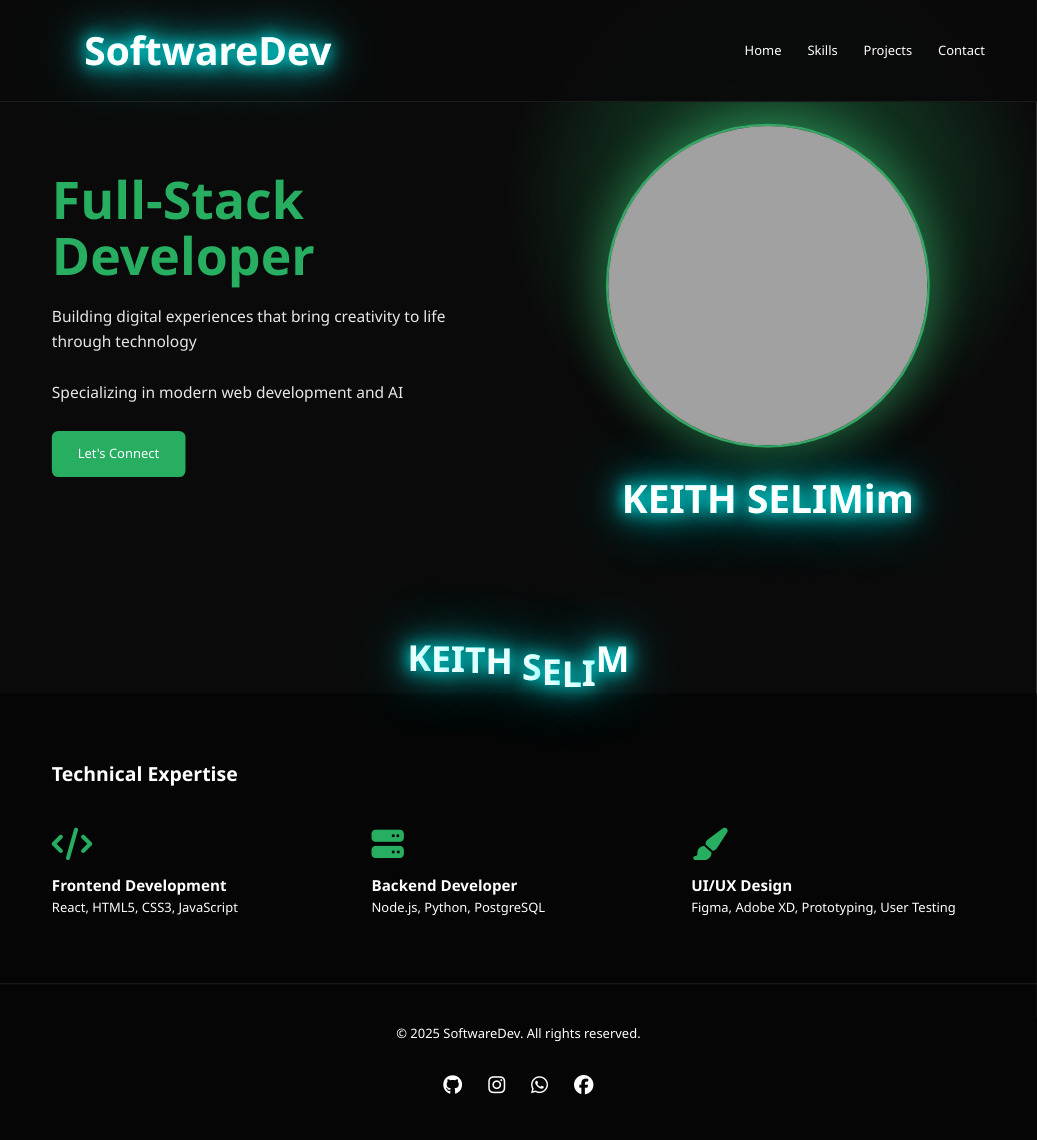
Repository: PEEZYBEE/my-react-portfolio
Page: /
These files come from the project's save history. The page is drawn as it stood at one moment and after the next save; the edit follows.
The browser window is 1280 px wide. The pictures show the whole page, at 81% of full size.
Pictures or frames that could not be fetched are drawn as grey boxes. The project was rebuilt for these pictures with package versions that can differ from the ones it lists, and the page was loaded fresh each time. Also part of the build but not shown: vite.config.js.

Above is the page before, as saved 2025-04-21 01:15:46.

After the next save:
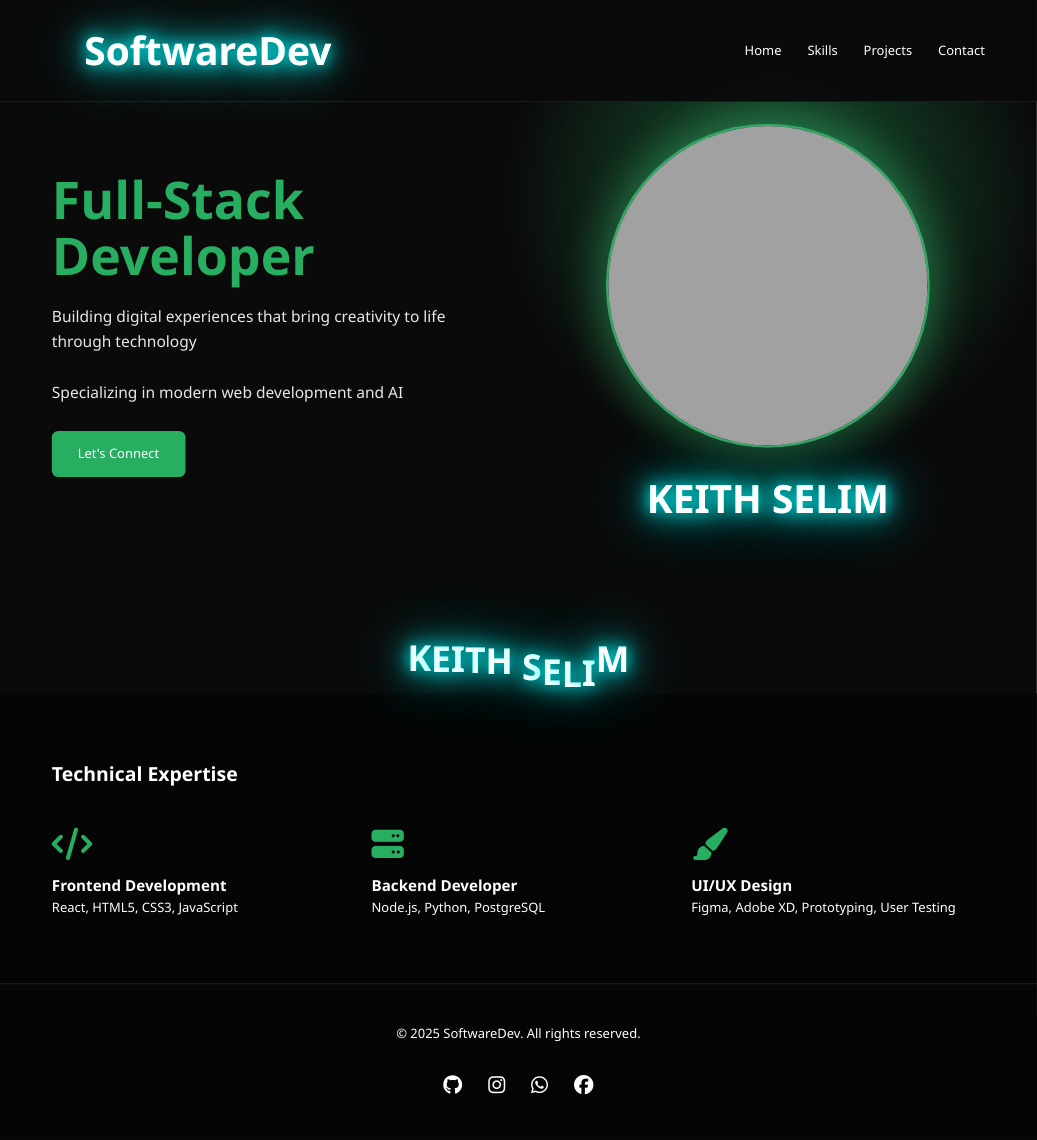
Saved 4 s later.
--- a/src/components/Hero.jsx
+++ b/src/components/Hero.jsx
@@ -14,7 +14,7 @@ const Hero = () => {
       <div className="hero-image-container">
         <img src="profile.jpg" alt="Profile" className="profile-img" />
         <div className="name-banner">
-          <h2>KEITH SELIMim</h2>
+          <h2>KEITH SELIM</h2>
         </div>
       </div>
     </section>
